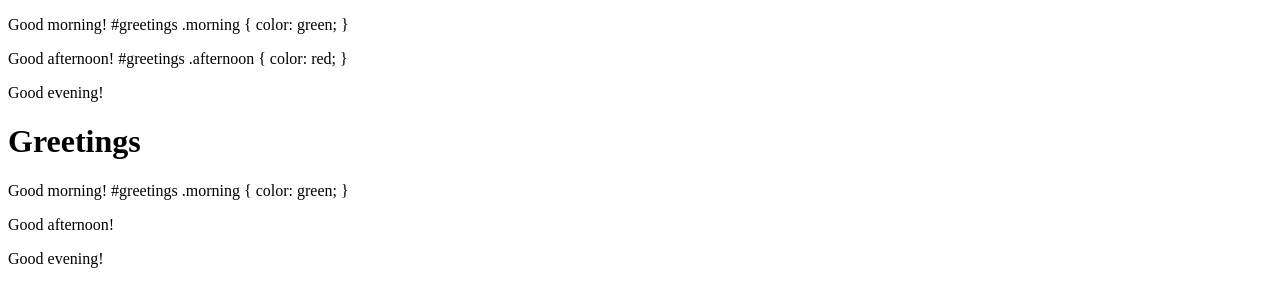
Repository: MomoeTeruya/microposts
Page: exam.html
The author's editor kept a record of every edit. The page is drawn from the files as they stood at one moment, then again after the next edit.
The browser window is 1280 px wide. The pictures show the whole page.

Above is the page before.

After the next edit:
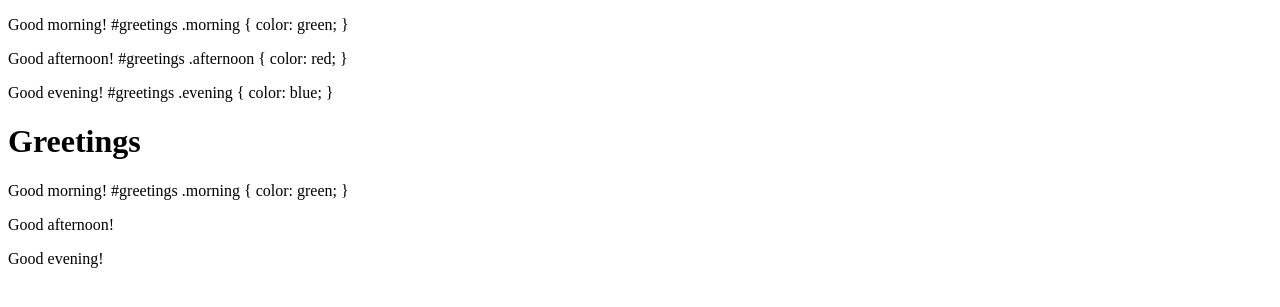
The edit:
--- a/exam.html
+++ b/exam.html
@@ -23,6 +23,9 @@
     </p>
     <p>
     Good evening!
+    #greetings .evening {
+  color: blue;
+}
     </p>
   </div>
 </body>
